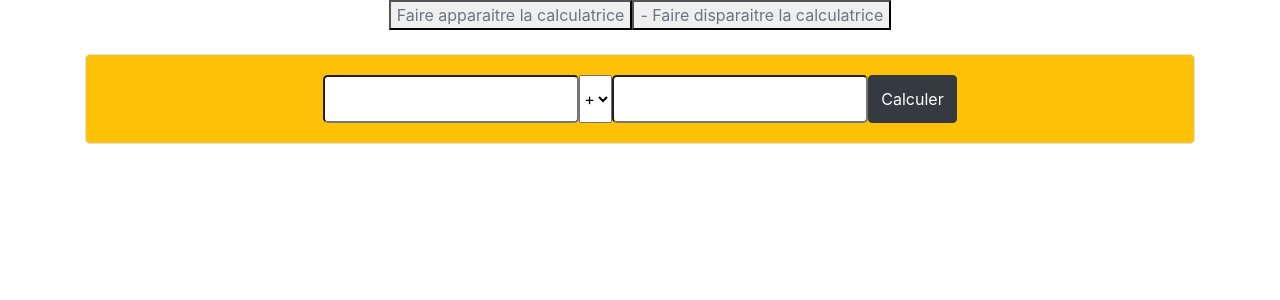
Repository: julieLyM/calculatrice
Page: calculatrice.html
These files come from the project's save history. The page is drawn as it stood at one moment and after a run of saves; the edit follows.
The browser window is 1280 px wide. The pictures show the whole page.

Above is the page before, as saved 2020-12-08 14:57:19.

### calculatrice.html
<!DOCTYPE html>
<html lang="fr">
  <head>
    <meta charset="UTF-8">
    <meta name="viewport" content="width=device-width, initial-scale=1.0">
		<link rel="stylesheet" href="https://cdn.jsdelivr.net/npm/bootstrap@4.5.3/dist/css/bootstrap.min.css" integrity="sha384-TX8t27EcRE3e/ihU7zmQxVncDAy5uIKz4rEkgIXeMed4M0jlfIDPvg6uqKI2xXr2" crossorigin="anonymous">

    <title>exercice calculatrice</title>
  </head>
  <body>
    <div class="container-fluid">
      <div class="container">

        <div class="row justify-content-center" style="margin: 0 auto; text-align:center">
            <button class="text-secondary" id="appear" >Faire apparaitre la calculatrice </button>
            <button class="text-secondary" id="disapear">- Faire disparaitre la calculatrice</button>
        </div>
        <br>

        <div class="row justify-content-center border bg-warning w-100 rounded-lg" id="blocki"  style="padding: 20px;margin: 0px auto; text-align:center">

          <input type="text" class="rounded-lg" value="" id="nombre1">

          <select name="calcul" id="operateur">
            <option>+</option>
            <option>-</option>
            <option>*</option>
            <option>/</option>
          </select>

          <input type="text" class="rounded-lg" value="" id="nombre2">
          <br>
          <br>
          <button type="button" class="btn btn-dark" id="calculer">Calculer</button>
          <br>

          <br>
    </div>
    <div class="row">
      <div id="message" class="w-100"></div>
    </div>
  </div>
</div>
    <!--APPEL JQUERY-->
		<script src="https://code.jquery.com/jquery-3.5.1.min.js" integrity="sha256-9/aliU8dGd2tb6OSsuzixeV4y/faTqgFtohetphbbj0=" crossorigin="anonymous"></script>
		<script src="https://cdn.jsdelivr.net/npm/bootstrap@4.5.3/dist/js/bootstrap.bundle.min.js" integrity="sha384-ho+j7jyWK8fNQe+A12Hb8AhRq26LrZ/JpcUGGOn+Y7RsweNrtN/tE3MoK7ZeZDyx" crossorigin="anonymous"></script>
    <!--NOTRE CODE JS-->
    <script src="calculatrice.js"></script>
  </body>
</html>

### calculatrice.js
//Etapes :
// --------
// - faire une page html
// - créer deux input type text avec deux id différent pour la saisie des valeurs
// - créer un select avec un id pour proposer les différents opérateurs. (+-*/    ** %)
// - créer un bouton avec un id pour lancer le calcul (button, span)

// Avec js :
// ---------
// - lors du click  sur le bouton (evenement) :
// - récupérer les deux saisies des champs text et l'opérateur selectionné

// - il peut être important de passer les saisies dans un parseFloat() pour les transformer en type number
// - declencher le calcul des saisies selon  l'opérateur avec un if qui va tester l'opérateur pour déclencher l'opération.
// - afficher l'opération avec le résultat.

// Pour aller plus loin :
// ----------------------
// - essayer de donner la possibilité de faire apparaitre ou disparaitre la calculatrice

$(document).ready(function () {

  $('#appear').on('click', function () {
    $('#blocki').slideDown(1000);
  });


  $("#afficher").on('click', function () {
    $('#blockCalculatrice').slideDown(1000);
  });

  // Cacher la  calculatrice :
  $("#cacher").on('click', function () {
    $('#blockCalculatrice').slideUp(1000);
  });



  $('#calculer').on('click', function () {
    var value1 = $('#nombre1').val();
    var signe = $('#operateur').val();
    var value2 = $('#nombre2').val();

    value1 = parseFloat(value1);
    value2 = parseFloat(value2);
    var resultat = '';

    if (signe == '+') {
      resultat = alert(value1 + signe + value2 + ' = ' + (value1 + value2));
    } else if (signe == '-') {
      resultat = alert(value1 + signe + value2 + ' = ' + (value1 - value2));
    } else if (signe == '*') {
      resultat = alert(value1 + signe + value2 + ' = ' + value1 * value2);
    } else if (signe == '/') {
      resultat = alert(value1 + signe + value2 + ' = ' + value1 / value2);
    }
  });

  $('#nombre1', '#nombre2').on('mouseover', function () {
    $('#message').html(
      `<div style="background-color: pink;color: white; padding:20px">Saisir un chiffre</div>`
    );
  });
  $('#nombre1', '#nombre2').on('mouseout', function () {
    $('#message').html('');
  });

  $('#operateur').on('mouseover', function () {
    $('#message').html(
      `<div style="background-color: pink;color: white; padding:20px">Saisir un opérateur + - / *</div>`
    );
  });
  $('#operateur').on('mouseout', function () {
    $('#message').html('');
  });
});

After the next 4 saves:
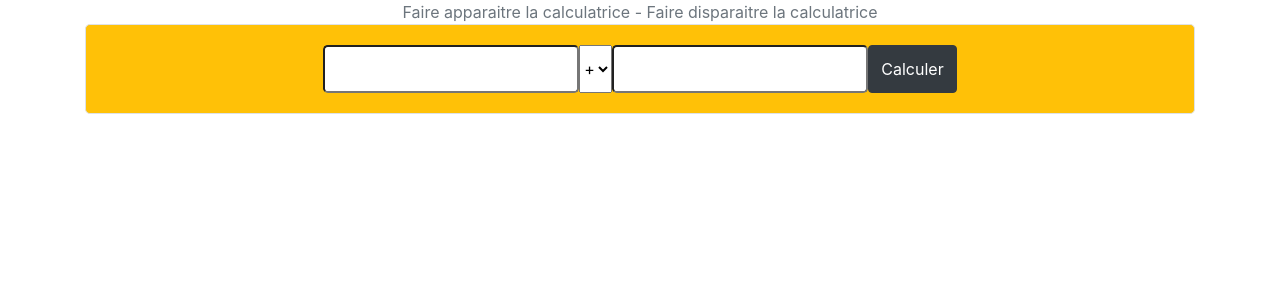
The 4 saves are shown as one change because they came seconds apart.
The last was saved 35 s later.
--- a/calculatrice.html
+++ b/calculatrice.html
@@ -12,10 +12,10 @@
       <div class="container">
 
         <div class="row justify-content-center" style="margin: 0 auto; text-align:center">
-            <button class="text-secondary" id="appear" >Faire apparaitre la calculatrice </button>
-            <button class="text-secondary" id="disapear">- Faire disparaitre la calculatrice</button>
+            <span class="text-secondary" id="appear" >Faire apparaitre la calculatrice </button>
+            <span class="text-secondary" id="disapear">- Faire disparaitre la calculatrice</button>
         </div>
-        <br>
+
 
         <div class="row justify-content-center border bg-warning w-100 rounded-lg" id="blocki"  style="padding: 20px;margin: 0px auto; text-align:center">
 
